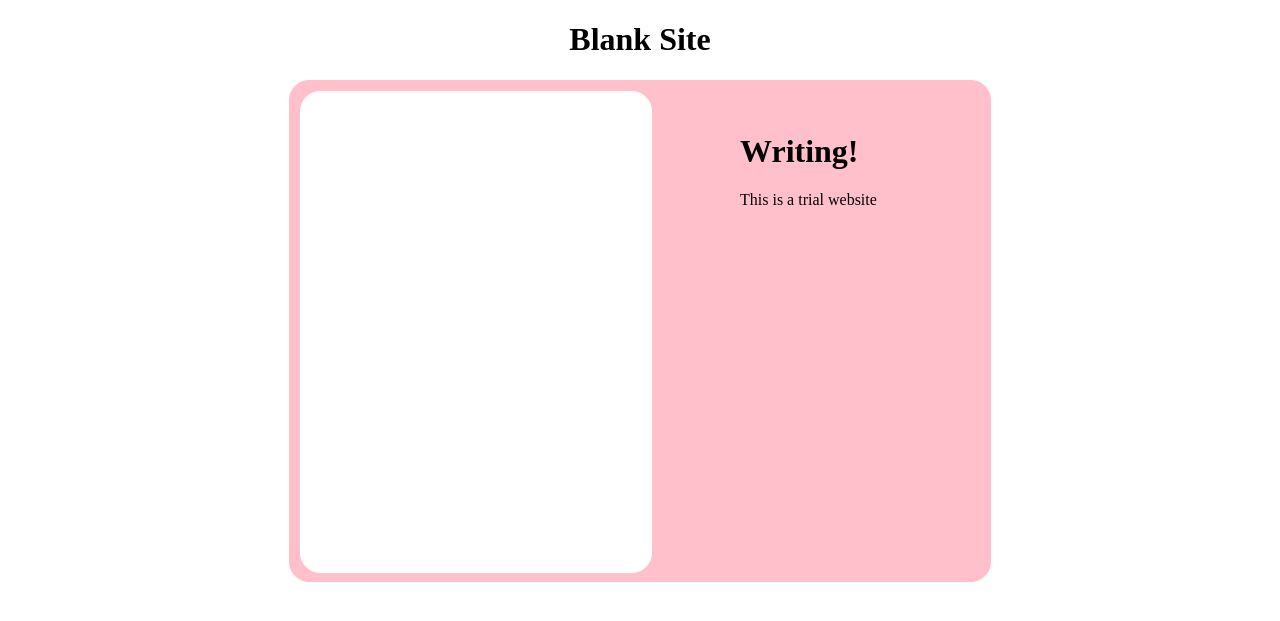
Repository: yhung004/Blank_Project
Page: index.html
An editor plug-in stored every save of this project. The page is shown before and after the next save, followed by the edit.
The browser window is 1280 px wide. The pictures show the whole page.

Above is the page before, as saved 2024-04-04 03:26:49.

### index.html
<!DOCTYPE html>
<html lang="en">
<head>
    <meta charset="UTF-8">
    <meta name="viewport" content="width=device-width, initial-scale=1.0">
    <title>Blank_Project</title>
    <link rel="stylesheet" href="index.css">
</head>
<body>
    <h1 class="header1">Blank Site</h1>
    <div class="main">
        <div class="container"></div>
        <div class="words">
            <h1 class="heading2">Writing!</h1>
            <p class="subwriting">This is a trial website</p>
        </div>

    </div>

</body>
</html>

### index.css
.header1 {
    text-align: center;
}
.main {
    background-color: pink;
    width: 700px;
    height: 500px;
    margin:auto;
    border: 1px solid pink;
    border-radius: 20px;
}
.container {
    margin:10px;
    background-color:white;
    width:350px;
    height: 480px;
    border :1px solid white;
    border-radius: 20px;
    display: flexbox;
}
.words {
    display:inline;
    float:right;
}
.heading2 {
    margin-top: -450px;
    margin-left:-250px;
}
.subwriting {
    margin-left:-250px;
}

After the next save:
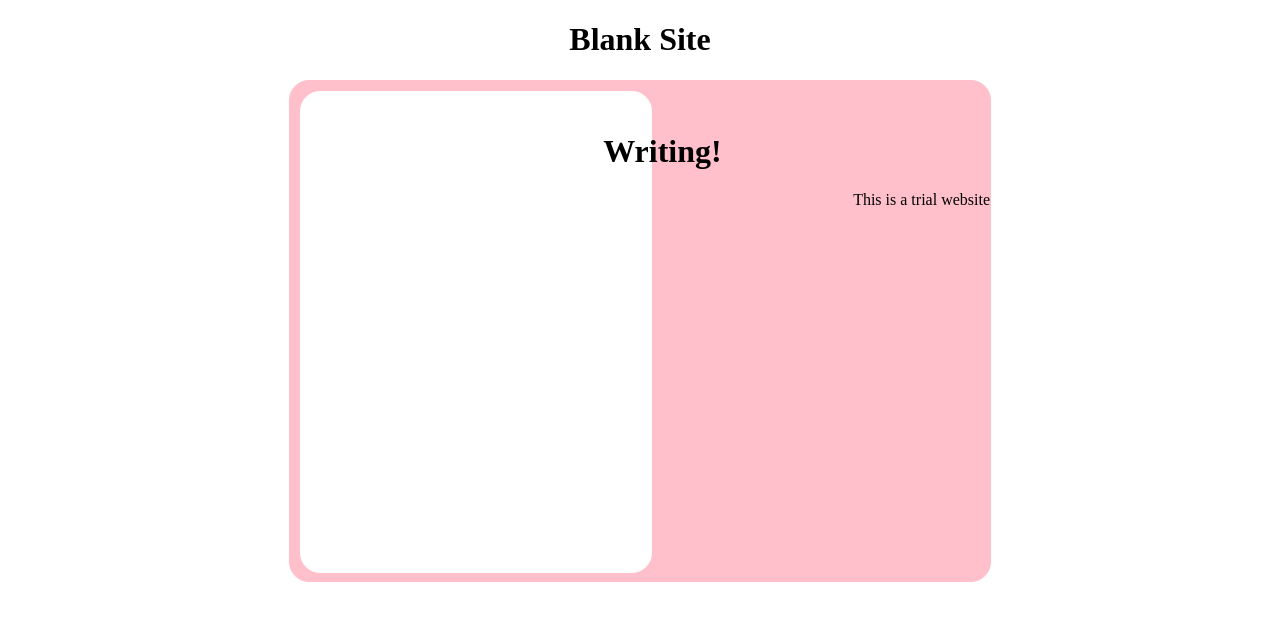
Saved 12 s later.
--- a/index.html
+++ b/index.html
@@ -12,7 +12,7 @@
         <div class="container"></div>
         <div class="words">
             <h1 class="heading2">Writing!</h1>
-            <p class="subwriting">This is a trial website</p>
+            <p class="sub">This is a trial website</p>
         </div>
 
     </div>

After the save that followed:
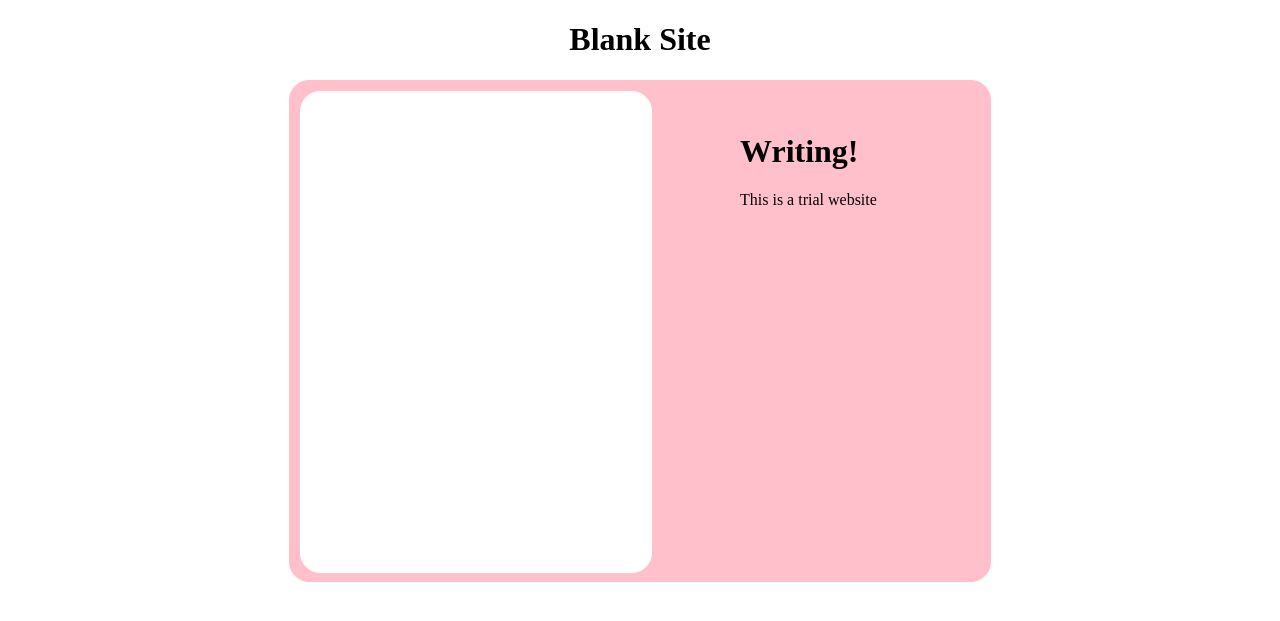
Saved 8 s later.
--- a/index.css
+++ b/index.css
@@ -26,6 +26,6 @@
     margin-top: -450px;
     margin-left:-250px;
 }
-.subwriting {
+.sub {
     margin-left:-250px;
 }
